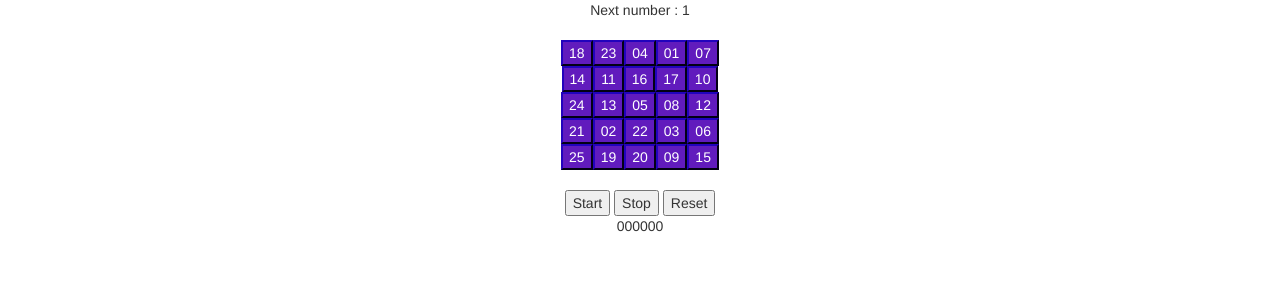
Repository: mikelily/lab
Page: oneTo25/game.2.1.html
The author's editor kept a record of every edit. The page is drawn from the files as they stood at one moment, then again after the next edit.
The browser window is 1280 px wide. The pictures show the whole page.

Above is the page before.
Console error: TypeError: Cannot set properties of null (setting 'onclick')
Not found: oneTo25/css/stopwatch.css

### oneTo25/game.2.1.html
<!DOCTYPE html>
<html>
    <head>
        <meta charset="UTF-8">
        <title>1 - 25</title>

        <meta name="viewport" content="width=device-width, initial-scale=1">
        <link href="css/bootstrap.min.css" rel="stylesheet">
        <link href="css/bootstrap-button.css" rel="stylesheet">
        <link rel="stylesheet" href="css/stopwatch.css">

        <link href="css/style_ok.css" rel="stylesheet">
        <script type="text/javascript" src="js/jquery.js"></script>

        <script>

            var oneTo25 = [];
            // var oneTo25Random = [];
            for (var i=0;i<25;i++){
                if(i<9){
                    oneTo25[i] = "0"+(i+1);
                }else
                    oneTo25[i] = i+1;
            }

            $(document).ready(function () {
                placeBtn();
                //startTimer();
            });

            $(".num25").each(function (key, obj) {
                $(obj).data("num25", oneTo25[key]);
            })

            function placeBtn(){
                $("#nextN").text(nextNum);

                var html = "";
                var brNow = 0;
                random25();
                for (i = 0 ; i < 25 ; i++){
                    if(brNow==5){
                        html += "<br>";
                        brNow =0;
                    }
                    html += '<button type="button" name="btn'+oneTo25[i]+'" id="btn'+
                    oneTo25[i]+'"class="num25 btn-num" data-num25="btn'+oneTo25[i]+
                    '" onclick="btnClick('+oneTo25[i]+')">'+oneTo25[i]+' </button>';
                    brNow++;
                }
                $("#container").html(html);

            }
        </script>
    </head>
    <body>
        <center>
            <!--<div> -->
            <!--    <text>Timer : </text>-->
            <!--    <text id="timerS"></text><br>-->
            <!--</div>-->

            <!--<canvas id="canvas" width=300 height=300></canvas>-->
            <div>
                <text>Next number : </text>
                <text id="nextN"></text>
            </div>
            <br>
            <div id="container"></div><br>
            <!--<div>-->
            <!--    <button onclick="btnTest()">test</button>-->
            <!--</div>-->
            <div class="stopwatch">
                <div class="controls">
                    <button id ="startbtn" class="start">Start</button>
                    <button class="stop">Stop</button>
                    <button class="reset">Reset</button>
                </div>
                <div class="display">
                    <span class="minutes">00</span><span class="seconds">00</span><span class="centiseconds">00</span>
                </div>
            </div>
            <script type="text/javascript" src="js/stopwatch.js"></script>
            <script>
            $("#startbtn").click(function(){
                placeBtn();
                $( "#container" ).slideDown( "slow" );
            });


            function btnTest(){
                placeBtn();   //new game
                //startTimer();

            }

            function btnTest(){
                placeBtn();   //new game
                //startTimer();

            }

            var nextNum = 1;
            var rightNum = -1;

            function btnClick(i){
                console.log(i);
                if(nextNum == i){
                    nextNum++;  //if nextNum == 26 -> End Game
                    if (nextNum == 26){
                        nextNum = 1;
                        //endGame
                    }


                    $("#nextN").text(nextNum);

                    if(i<10){
                        $("#btn0"+i).prop('disabled', true);
                        $("#btn0"+i).removeClass("btn-num");
                        $("#btn0"+i).addClass("btn-numC");
                    }else{
                        $("#btn"+i).prop('disabled', true);
                        $("#btn"+i).removeClass("btn-num");
                        $("#btn"+i).addClass("btn-numC");
                    }
                }


                //console.log(i);
            }

            function random25(){
                for(var i=0;i<50;i++){  //打亂50次
                    var twoNum = getRandomArray(0,24,2);
                    var j = twoNum[0];
                    var k = twoNum[1];
                    var temp = "";
                    temp = oneTo25[j];
                    oneTo25[j] = oneTo25[k];
                    oneTo25[k] = temp;
                    //console.log("第"+(i+1)+"次：change "+j+" , "+k);

                }
            }

            // =========Timer Code 1=========
            // var canvas=document.getElementById("canvas");
            // var ctx=canvas.getContext("2d");
            // var cw=canvas.width;
            // var ch=canvas.height;


            // var timers=[];
            // timers.push({delay:50,nextFireTime:0,doFunction:doTimers,counter:0});
            // timers.push({delay:1000,nextFireTime:0,doFunction:doTimers,counter:0});
            // timers.push({delay:5000,nextFireTime:0,doFunction:doTimers,counter:0});

            // requestAnimationFrame(timerLoop);

            // function timerLoop(currentTime){
            //   requestAnimationFrame(timerLoop);

            //   for(var i=0;i<timers.length;i++){
            //     if(currentTime>timers[i].nextFireTime){
            //       var t=timers[i];
            //       t.nextFireTime=currentTime+t.delay;
            //       t.doFunction(t,i);
            //     }
            //   }

            // }

            // function doTimers(t,i){
            //   ctx.clearRect(0,100+i*20-20,cw,20);
            //   ctx.fillText('Timer#'+i+' with '+t.delay+'ms delay has fired '+(++t.counter)+' times.',20,100+20*i);
            // }
            // =========Timer Code 1=========


            function getRandom(minNum, maxNum) {	//取得 minNum(最小值) ~ maxNum(最大值) 之間的亂數
            	return Math.floor( Math.random() * (maxNum - minNum + 1) ) + minNum;
            }

            function getRandomArray(minNum, maxNum, n) {	//隨機產生不重覆的n個數字
            	var rdmArray = [n];		//儲存產生的陣列

            	for(var i=0; i<n; i++) {
            		var rdm = 0;		//暫存的亂數

            		do {
            			var exist = false;			//此亂數是否已存在
            			rdm = getRandom(minNum, maxNum);	//取得亂數

            			//檢查亂數是否存在於陣列中，若存在則繼續回圈
            			if(rdmArray.indexOf(rdm) != -1) exist = true;

            		} while (exist);	//產生沒出現過的亂數時離開迴圈

            		rdmArray[i] = rdm;
            	}
            	return rdmArray;
            }
            </script>
        </center>
    </body>
</html>

### oneTo25/css/bootstrap-button.css
.btn-num {
  color: #ffffff;
  background-color: #611BBD;
  border-color: #130269;
  /*size: 20;*/
}

.btn-num:hover,
.btn-num:focus,
.btn-num:active,
.btn-num.active,
.open .dropdown-toggle.btn-num {
  color: #ffffff;
  background-color: #49247A;
  border-color: #130269;
}

.btn-num:active,
.btn-num.active,
.open .dropdown-toggle.btn-num {
  background-image: none;
}

.btn-num.disabled,
.btn-num[disabled],
fieldset[disabled] .btn-num,
.btn-num.disabled:hover,
.btn-num[disabled]:hover,
fieldset[disabled] .btn-num:hover,
.btn-num.disabled:focus,
.btn-num[disabled]:focus,
fieldset[disabled] .btn-num:focus,
.btn-num.disabled:active,
.btn-num[disabled]:active,
fieldset[disabled] .btn-num:active,
.btn-num.disabled.active,
.btn-num[disabled].active,
fieldset[disabled] .btn-num.active {
  background-color: #611BBD;
  border-color: #130269;
}

.btn-num .badge {
  color: #611BBD;
  background-color: #ffffff;
}

/*=============================*/

.btn-numC {
  color: #ffffff;
  background-color: #E8E1F2;
  border-color: #F3F2FA;
}

.btn-numC:hover,
.btn-numC:focus,
.btn-numC:active,
.btn-numC.active,
.open .dropdown-toggle.btn-numC {
  color: #ffffff;
  background-color: #F0EAF7;
  border-color: #F3F2FA;
}

.btn-numC:active,
.btn-numC.active,
.open .dropdown-toggle.btn-numC {
  background-image: none;
}

.btn-numC.disabled,
.btn-numC[disabled],
fieldset[disabled] .btn-numC,
.btn-numC.disabled:hover,
.btn-numC[disabled]:hover,
fieldset[disabled] .btn-numC:hover,
.btn-numC.disabled:focus,
.btn-numC[disabled]:focus,
fieldset[disabled] .btn-numC:focus,
.btn-numC.disabled:active,
.btn-numC[disabled]:active,
fieldset[disabled] .btn-numC:active,
.btn-numC.disabled.active,
.btn-numC[disabled].active,
fieldset[disabled] .btn-numC.active {
  background-color: #E8E1F2;
  border-color: #F3F2FA;
}

.btn-numC .badge {
  color: #E8E1F2;
  background-color: #ffffff;
}

### oneTo25/css/style_ok.css
/* Base styles (regardless of theme) */
.bs-callout {
    margin: 20px 0;
    padding: 15px 30px 15px 15px;
    border-left: 5px solid #eee;
}

.bs-callout h4 {
    margin-top: 0;
}

.bs-callout p:last-child {
    margin-bottom: 0;
}

.bs-callout code,
.bs-callout .highlight {
    background-color: #fff;
}

/* Themes for different contexts */
.bs-callout-danger {
    background-color: #fcf2f2;
    border-color: #dFb5b4;
}

.bs-callout-warning {
    background-color: #fefbed;
    border-color: #f1e7bc;
}

.bs-callout-info {
    background-color: #f0f7fd;
    border-color: #d0e3f0;
}

.bs-callout-danger h4,
.bs-callout-danger a.alert-link {
    color: #B94A48;
}

.bs-callout-warning h4,
.bs-callout-warning a.alert-link {
    color: #C09853;
}

.bs-callout-info h4,
.bs-callout-info a.alert-link {
    color: #3A87AD;
}

.bs-callout a.alert-link {
    font-weight: bold;
}

### oneTo25/js/stopwatch.js
var ss = document.getElementsByClassName('stopwatch');

[].forEach.call(ss, function (s) {
    var currentTimer = 0,
        interval = 0,
        lastUpdateTime = new Date().getTime(),
        start = s.querySelector('button.start'),
        stop = s.querySelector('button.stop'),
        reset = s.querySelector('button.reset'),
        mins = s.querySelector('span.minutes'),
        secs = s.querySelector('span.seconds'),
        cents = s.querySelector('span.centiseconds');
// mikelily Add
// $("#btn25").click(stopTimer());
var endBtn = document.getElementById("btn25");
endBtn.onclick = "endGame()";
function endGame() {
    stopTimer();
}

    start.addEventListener('click', startTimer);
    stop.addEventListener('click', stopTimer);
    reset.addEventListener('click', resetTimer);

    function pad (n) {
        return ('00' + n).substr(-2);
    }

    function update () {
        var now = new Date().getTime(),
            dt = now - lastUpdateTime;

        currentTimer += dt;

        var time = new Date(currentTimer);

        mins.innerHTML = pad(time.getMinutes());
        secs.innerHTML = pad(time.getSeconds());
        cents.innerHTML = pad(Math.floor(time.getMilliseconds() / 10));

        lastUpdateTime = now;
    }

    function startTimer () {
        if (!interval) {
            lastUpdateTime = new Date().getTime();
            interval = setInterval(update, 1);
        }
    }

    function stopTimer () {
        clearInterval(interval);
        interval = 0;
    }

    function resetTimer () {
        stopTimer();

        currentTimer = 0;

        mins.innerHTML = secs.innerHTML = cents.innerHTML = pad(0);
    }
});

Loaded but not shown: oneTo25/css/bootstrap.min.css (library); oneTo25/js/jquery.js (library)

After the next edit:
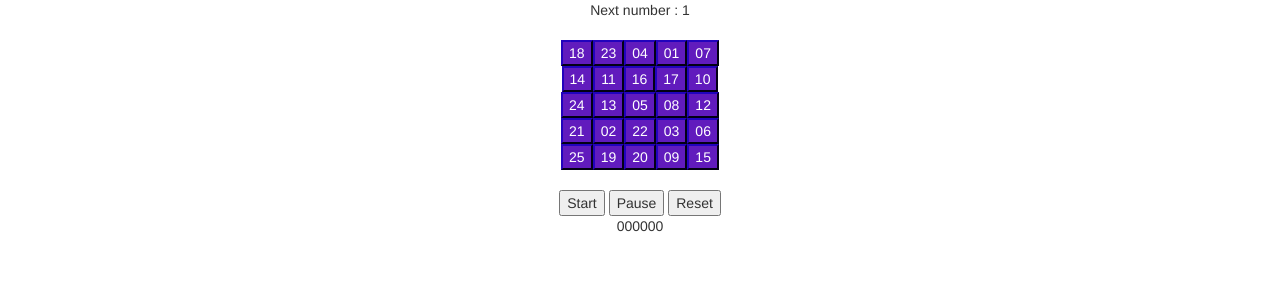
The edit:
--- a/oneTo25/game.2.1.html
+++ b/oneTo25/game.2.1.html
@@ -72,8 +72,8 @@
             <!--</div>-->
             <div class="stopwatch">
                 <div class="controls">
-                    <button id ="startbtn" class="start">Start</button>
-                    <button class="stop">Stop</button>
+                    <button id ="startBtn" class="start">Start</button>
+                    <button id ="pauseBtn" class="stop">Pause</button>
                     <button class="reset">Reset</button>
                 </div>
                 <div class="display">
